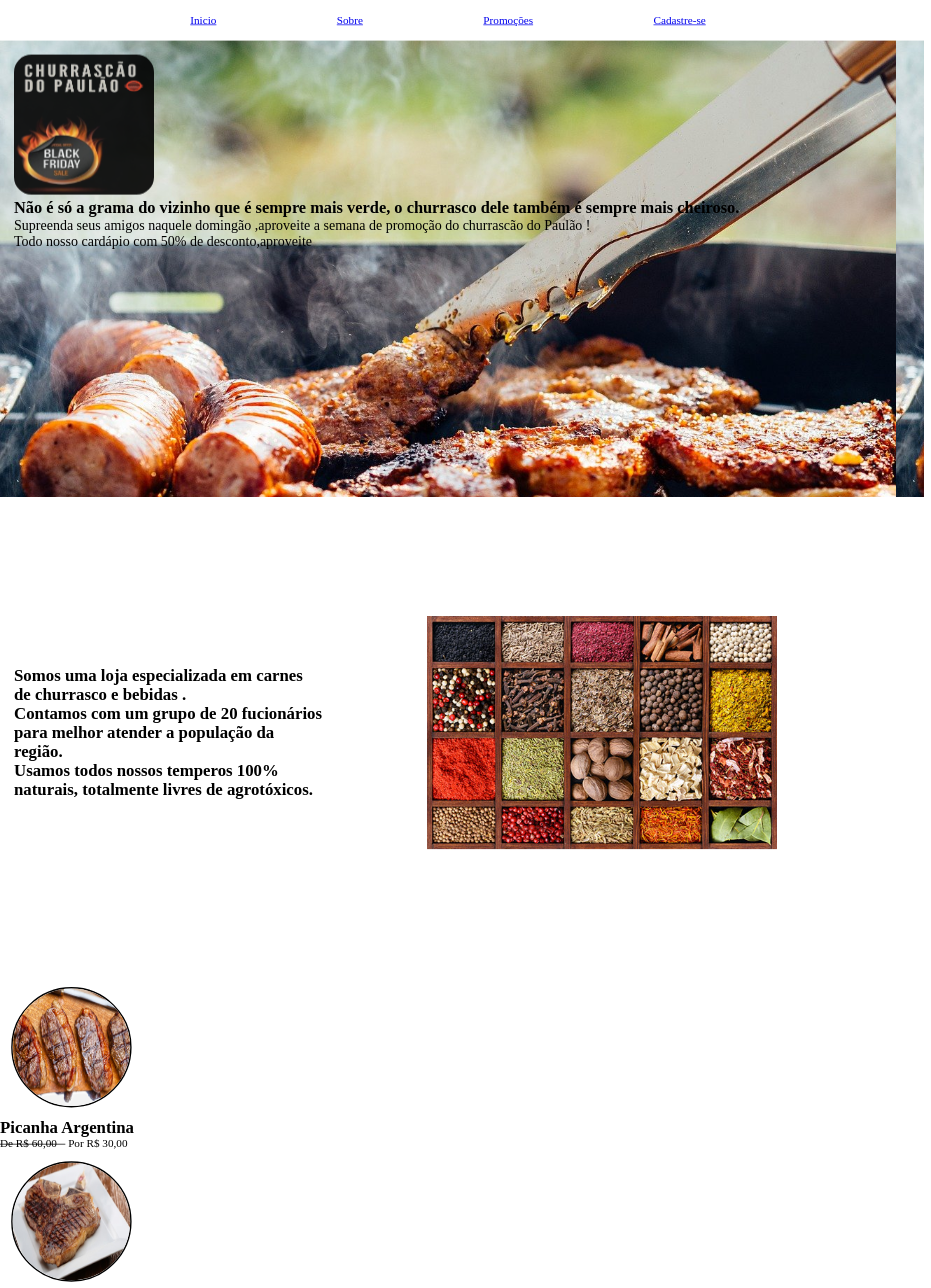
Repository: PauloMarquess/ProjetoBlackFriday
Page: index.html
The author's editor kept a copy of each file at every save. The page is drawn from the files as they stood at one save, then again after the next save.
The browser window is 1280 px wide. The page is 1330 px wide, so the pictures cover 1330 px, including what lies to the right of the window. The pictures show the part of the page from y = 0 to 1840 px (the page is 4174 px tall), at 70% of full size.

Above is the page before, as saved 2021-07-15 19:32:17.

After the next save:
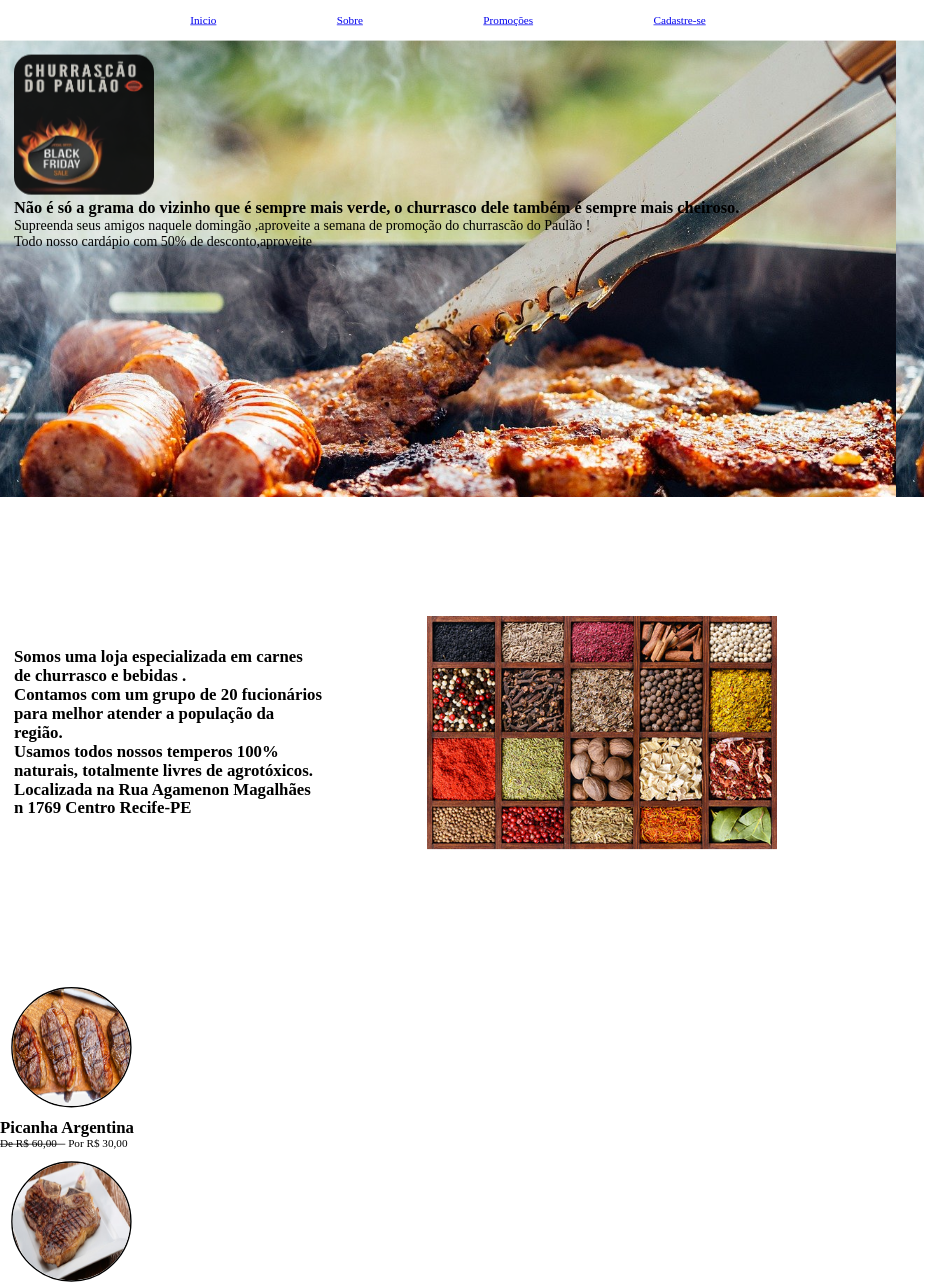
Saved 2 min 32 s later.
--- a/index.html
+++ b/index.html
@@ -35,7 +35,9 @@
         <div class="container-sobre">
             <h2>Somos uma loja especializada em carnes de churrasco e bebidas . <br>
              Contamos com um grupo de 20 fucionários para melhor atender a população da região.<br>
-             Usamos todos nossos temperos 100% naturais, totalmente livres de agrotóxicos.</h2>
+             Usamos todos nossos temperos 100% naturais, totalmente livres de agrotóxicos.
+            <br>Localizada na Rua Agamenon Magalhães n 1769 Centro  Recife-PE</h2>
+
             <img src="./img/temperos-naturais-imagem.jpg">
         </div>
 
